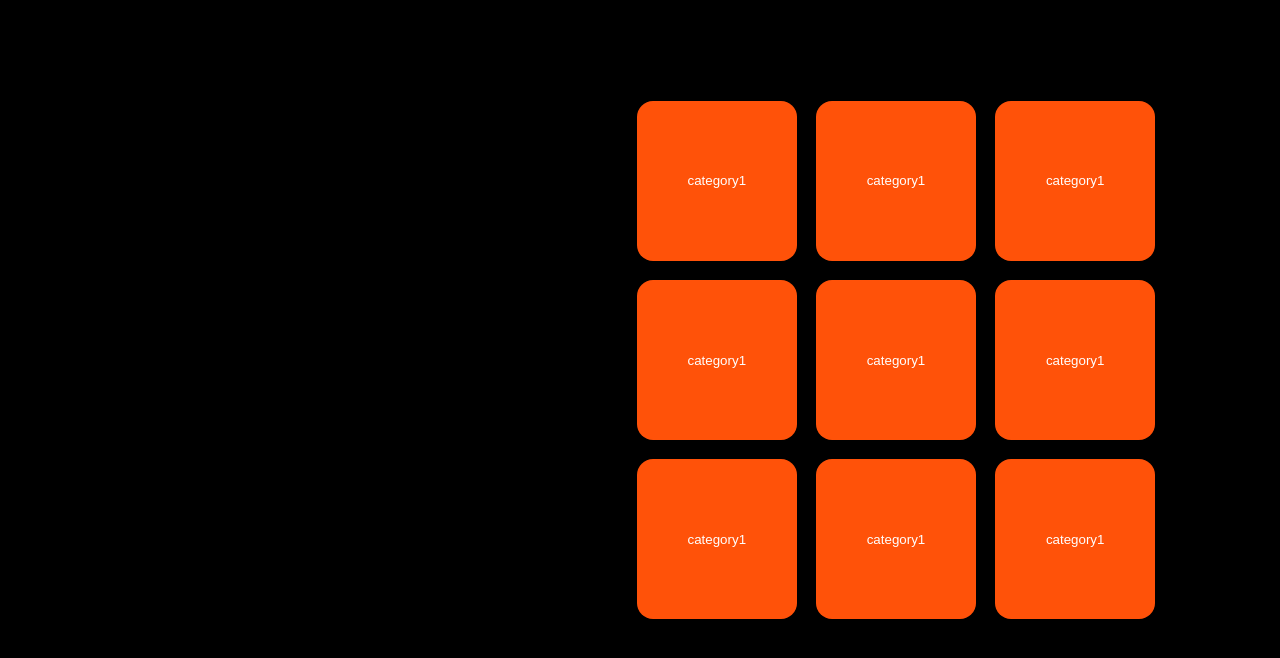
Repository: drumsmanku/react-capstone-project-2
Page: /categories
These files come from the project's save history. The page is drawn as it stood at one moment and after the next save; the edit follows.
The browser window is 1280 px wide. The pictures show the whole page.
Some web fonts or font styles are not loaded; a fallback is used. The project was rebuilt for these pictures with package versions that can differ from the ones it lists, and the page was loaded fresh each time. Also part of the build but not shown: src/components/RegistrationPage.js, src/components/SubmitSuccess.js.

Above is the page before, as saved 2023-05-24 08:50:16.

### src/index.css
body,html{
  padding: 0;
  margin: 0;
}

### src/App.js
import './App.css';
import RegistrationPage from './components/RegistrationPage';
import SubmitSuccess from './components/SubmitSuccess';
import CategoriesPage from './components/CategoriesPage';
import { BrowserRouter as Router, Route, Routes} from 'react-router-dom';
function App() {
  const categories=['category1', 'category1','category1','category1','category1','category1','category1', 'category1','category1',];
  const colors=['#FF5209', '#FF5209','#FF5209','#FF5209','#FF5209','#FF5209','#FF5209','#FF5209','#FF5209',]
  return (
    <div className='App'>
      <Router>
        <Routes>
          <Route path='/' element={<RegistrationPage />}/>
          <Route path='/success' element={<SubmitSuccess/>}/>
          <Route path='/categories' element={<CategoriesPage categories={categories} backgroundcolor={colors} />}/>
        </Routes>
      </Router>
    </div>
  );
}

export default App;

### src/App.css
.App {
  margin: 0;
  padding: 0;

}

### src/components/CategoriesPage.js
import React from 'react'
import './CategoriesPage.css'

function CategoriesPage(props) {
  const{categories, backgroundcolor}=props
  return (
    <div className='container'>
      <div className='first-container'>

      </div>
      <div className='second-container'>
        <div className='category-container'>
          {categories.map((category, index)=>(
            <button style={{border:'none', background:'none',color:'white', backgroundColor:backgroundcolor[index], height:'10rem', width:'10rem', margin:'0.6rem', borderRadius:'1rem'}} key={index}>{category}</button>
          ))}
        </div>
        <div>
          {/* next page button */}
        </div>

      </div>
    </div>
  )
}

export default CategoriesPage

### src/components/RegistrationPage.css
@import url('https://fonts.googleapis.com/css2?family=Roboto:wght@900&display=swap');
@import url('https://fonts.googleapis.com/css2?family=Single+Day&display=swap');
@import url('https://fonts.googleapis.com/css2?family=DM+Sans&display=swap');
.reg-page{
  background-image: url('../Assets/back1.png');
  background-size: 50% 120%;
  background-repeat: no-repeat;
  height: 100vh;

  background-color: black;
  display: flex;
}
.first-div{
  font-family:'Roboto';
  color: white;
  width: 50%;
  height: 100vh;
  display: flex;
  justify-content: center;
  position: relative;
}
.first-first-div{
  width: 70%;
  position: absolute;
  bottom: 4.5rem;
}
.first-first-div h1{
  font-size: 3rem;
  padding: 0;
  margin: 0;
}
.second-div{
  height: inherit;
  width: 50%;
  display: flex;
  flex-direction: column;
  justify-content: center;
  align-items: center;
  color: white;
}
.second-div h1{
  font-family: 'Single Day';
  font-size: 3.3rem;
  color: #72DB73;
  font-weight: 400;
  margin: 0;
}
.second-div h4{
  font-family: 'DM Sans';
  font-weight: 200;
  margin-bottom: 2rem;
  margin-top: 1rem;
  font-size: 1.1rem;
}
form{
  display: flex;
  flex-direction: column;
}
form input[type=text]{
  margin: 0.7rem;
  width: 23rem;
  height: 2.9rem;
  border: none;
  background-color: #292929;
  border-radius: 0.1rem;
  font-family: 'DM Sans';
}
form input[type=number]{
  margin: 0.7rem;
  width: 23rem;
  height: 2.9rem;
  border: none;
  background-color: #292929;
  border-radius: 0.1rem;
  font-family: 'DM Sans';

}
form input[type=email]{
  margin: 0.7rem;
  width: 23rem;
  height: 2.9rem;
  border: none;
  background-color: #292929;
  border-radius: 0.1rem;
  font-family: 'DM Sans';
}

form input::placeholder{
  padding-left: 0.9rem;
  font-size: 1rem;
}
.checkbox1{
  width: 100%;
  display: flex;
  padding-left: 0.5rem;
  font-family: 'DM Sans';
  margin: 1.6rem 0 1.6rem 0;
  font-size: 0.9rem;
}
.checkbox1 input[type="checkbox"]{
  margin-right: 1rem;
  border: none;
  transform: scale(1.4);
}
form button{
  background-color: #72DB73;
  border: none;
  height: 3rem;
  width: 23rem;
  border-radius: 2.2rem;
  font-size: 1.4rem;
  font-family: 'DM Sans';
  font-weight: 600;
  color: white;
  letter-spacing: 0.2rem;
}

### src/components/CategoriesPage.css
.container{
  display:flex;
  background-color: black;
  height: 100vh;
  width: 100%;
}
.first-container{
  height: inherit;
  width: 40%;
}

.second-container{
  height: inherit;
  width: 60%;
  display: flex;
  flex-direction: column;
  justify-content: center;
  align-items: center;

}
.category-container{
  width: 70%;

}

Loaded but not shown: public/index.html (common file); src/index.js (common file)

After the next save:
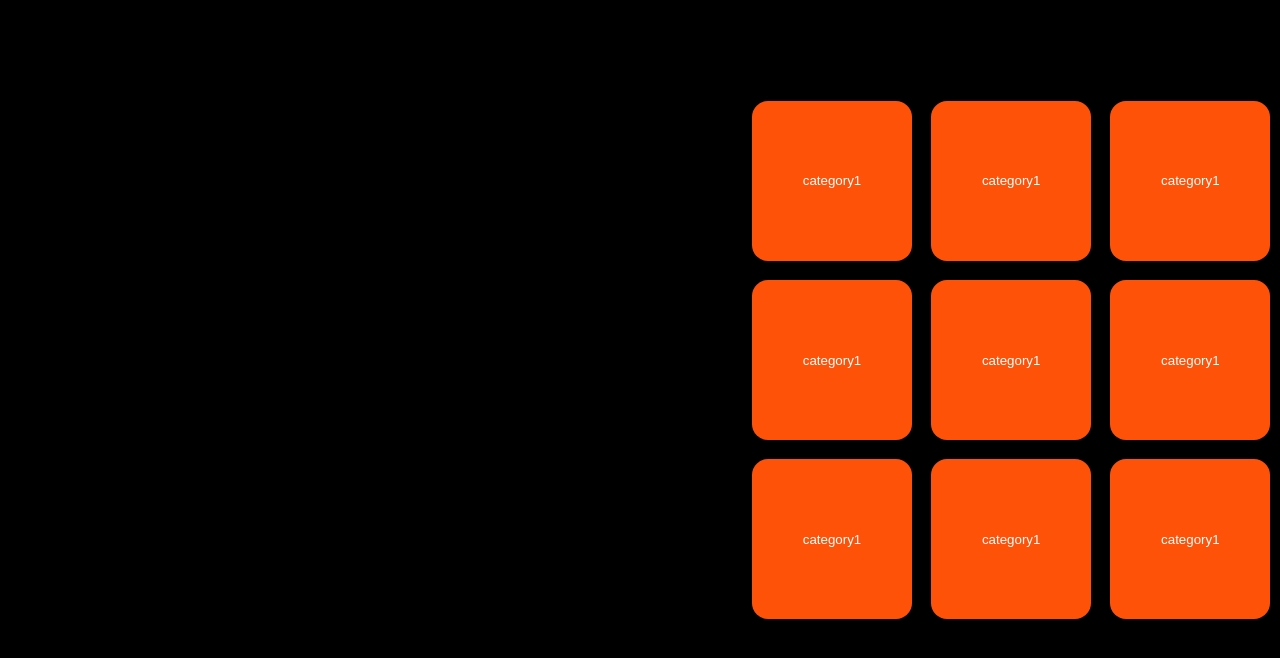
Saved 105 s later.
--- a/src/components/CategoriesPage.css
+++ b/src/components/CategoriesPage.css
@@ -15,7 +15,7 @@
   display: flex;
   flex-direction: column;
   justify-content: center;
-  align-items: center;
+  align-items: flex-end;
 
 }
 .category-container{
